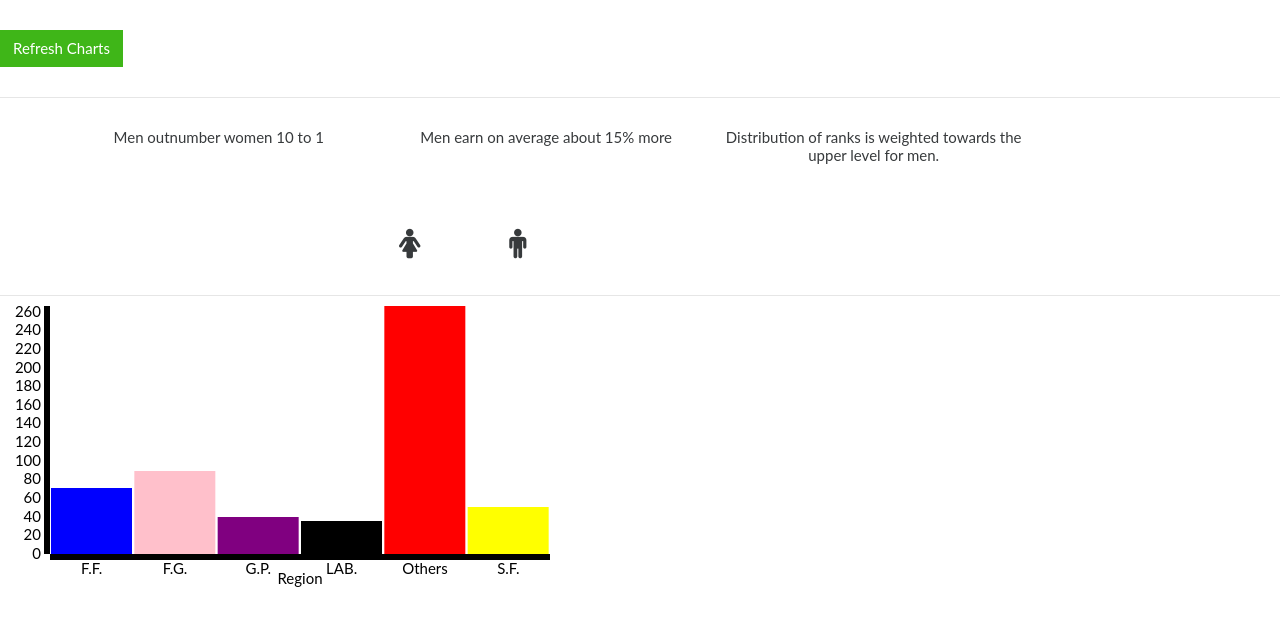
Repository: pauldardis/project-2-test
Page: index.1.html
The author's editor kept a record of every edit. The page is drawn from the files as they stood at one moment, then again after the next edit.
The browser window is 1280 px wide. The pictures show the whole page.

Above is the page before.

After the next edit:
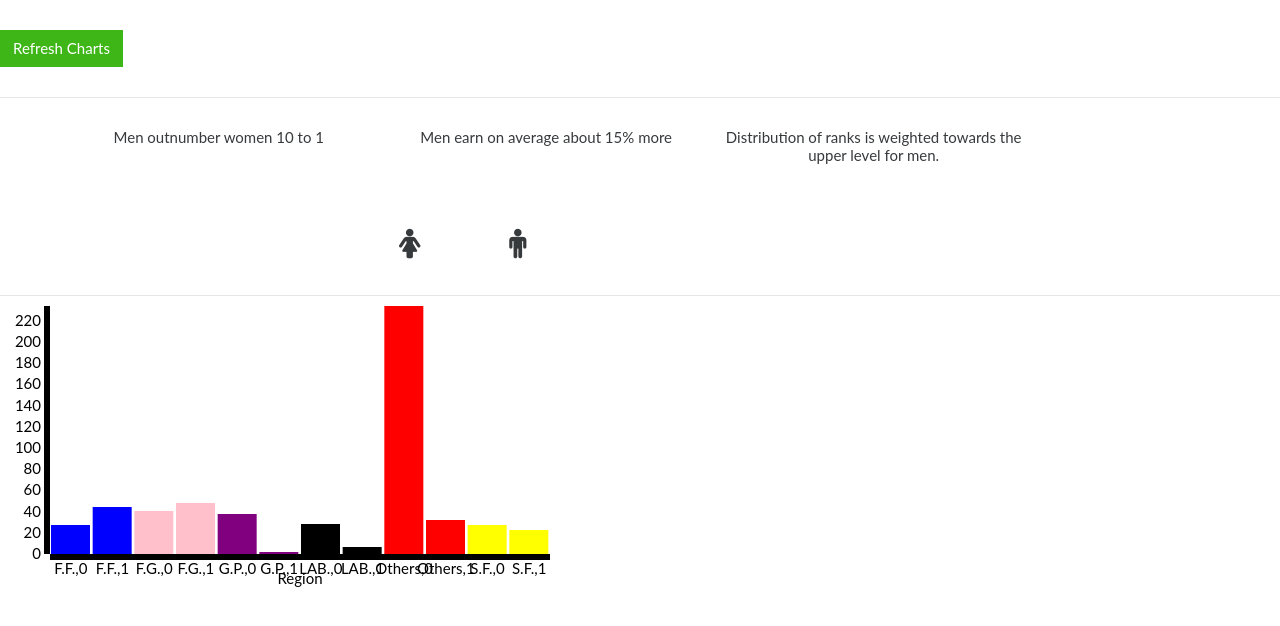
The edit:
--- a/assets/js/graps.1.js
+++ b/assets/js/graps.1.js
@@ -39,7 +39,7 @@
 
 
     var party_color = ndx.dimension(function(d) {
-        return [d.Party_Abbreviation];
+        return [d.Party_Abbreviation, d.Seat];
     });
       console.log(group.all());
 
